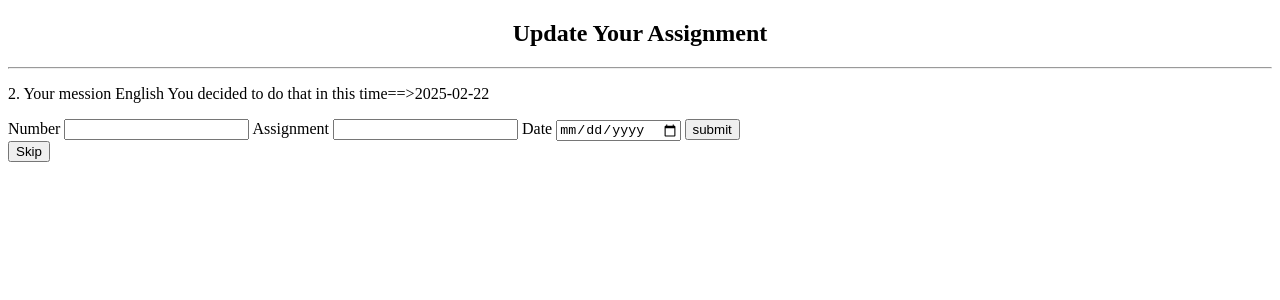
Repository: marawan200311-dev/To-Do-List-
Page: http://localhost/update_page
An editor plug-in stored every save of this project. The page is shown before and after the next save, followed by the edit.
The browser window is 1280 px wide. The pictures show the whole page.
The page is served by the project's application, run on Flask 3 (app.py). The page reads the database file committed with the project.

Above is the page before, as saved 2025-11-22 06:16:01.
Console error: TypeError: Cannot read properties of null (reading 'addEventListener')

### templates/update.html
{%extends 'base.html'%}
{%block head%}
<title>update page</title>
{%endblock%}
{%block body%}
<h2 class="logo_of_update">Update Your Assignment</h2>
<hr>
<div>
  {% if data %}
    {% for item in data %}
        <p>{{ item }}</p>
    {% endfor %}
{% else %}
    <p>You haven't added anything yet to updata :)!</p>
{% endif %}
</div>
<form action="/update_new_assignment" method="POST">
    <label for="ID">Number </label>
    <input type="number" name="id" value="{{id}}">
    <label for="assignment">Assignment</label>
    <input type="text" name="assignment" value="{{assignment}}" id="assignment">
    <label for="date">Date</label>
    <input type="date" name="date" value="{{date}}">
     <button type="submit">submit</button>
</form>
<button class="Skip_update">Skip</button>
{%endblock%}

### templates/base.html
<!DOCTYPE html>
<html lang="en">
  <head>
    <meta charset="UTF-8">
    <meta name="viewport" content="width=device-width, initial-scale=1.0">
    <link
      rel="stylesheet"
      href="{{url_for('static', filename='css/style.css')}}"
    />

    {%block head %}{%endblock%}
  </head>
  <body>
    {%block body %} {%endblock%}
    <script src="{{url_for('static',filename='js/main.js')}}"></script>
  </body>
</html>

### app.py
from flask import Flask, render_template ,url_for,request,redirect
import sqlite3
import os
db_py=os.path.join(os.path.dirname(__file__),'instance', 'data.db')
from instance.databas import initialise_data, add_data, show_up,delete,update




app= Flask(__name__)
@app.route('/')
def index():
  return render_template('index.html')
#_____________ADD_______________
@app.route('/add_page')
def add_page():
    return render_template('add.html')

@app.route('/add_assignment' ,methods=['POST'])
def assignment ():
   assignment=request.form['assignment']
   date= request.form['date']
   add_data(assignment,date)
   return render_template('add.html')

@app.route('/skip')
def skip ():
   return redirect('/')
#__________________________________

#_____________DELETE______________
@app.route('/delete_page')
def delete_page():
    data=show_up()
    return render_template('delete.html', schedule=data)

@app.route("/delet_form" , methods=['POST'])
def delete_mission():
    id_of_mission=int(request.form['number'])
    delete(id_of_mission)
    data=show_up()
    return render_template('delete.html',schedule=data)

@app.route('/skip_delete')
def skip_delete():
   return redirect('/')

#___________________________________________

#__________UPDATE_____________________
@app.route('/update_page')
def update_index():
    data=show_up()
    return render_template('update.html',data=data)
@app.route('/update_new_assignment' , methods=['POST'])
def update_data():
    id  = int(request.form['id'])
    new_assignment = request.form.get('assignment')
    new_date =  request.form.get('date')
    update(id,new_assignment,new_date)
    return render_template('updat.html')
@app.route('/skip_update')
def skip_button():
    return redirect('/')
#__________________________________________

#________SHOW_________________
@app.route('/show_page')
def show_page():
    data=show_up()
    return render_template('show.html', schedule=data)
@app.route('/skip_show')
def skip_show():
    return redirect('/')


if __name__=="__main__":
      app.run(debug=True)

### instance/databas.py
import sqlite3
import os

def initialise_data():
  connect = sqlite3.connect('data.db')
  cursor= connect.cursor()

  cursor.execute('''
  CREATE TABLE IF NOT EXISTS user_assignment( id INTEGER PRIMARY KEY AUTOINCREMENT,
  assignment TEXT NOT NULL ,
date TEXT )
''')





def add_data(assignment,date):
   connect = sqlite3.connect('data.db')
   cursor= connect.cursor()
   cursor.execute('INSERT INTO user_assignment (assignment,date) VALUES(?,?)', (assignment,date))
   connect.commit()
   connect.close()

def show_up():
  connect = sqlite3.connect('data.db')
  cursor= connect.cursor()

  cursor.execute('SELECT * FROM user_assignment')
  all_date = cursor.fetchall()

  schedule=[]
  for data in all_date:
    schedule.append(f'{data[0]}. Your mession {data[1]} You decided to do that in this time==>{data[2]}')
  if len(schedule)==0 :
    print('The user does not add anything :)')
  return schedule


def delete (assignmentNumber):
  connect = sqlite3.connect('data.db')
  cursor= connect.cursor()

  cursor.execute('SELECT * FROM user_assignment WHERE id=?', (assignmentNumber,))
  row= cursor.fetchone()
  if row is None:
   return f"This {row} doesn't valid "
  cursor.execute('DELETE FROM user_assignment WHERE id = ? ', (assignmentNumber,))
  connect.commit()
  connect.close()
  return True

def update(id,assignment,date):
  connect = sqlite3.connect('data.db')
  cursor= connect.cursor()
  cursor.execute('''UPDATE user_assignment SET assignment=?, date=? WHERE id=?''',(assignment, date, id))
  connect.commit()
  connect.close()














initialise_data()

### static/css/style.css
.h1{
  text-align: center;
  border-bottom: 2px solid black;
}

#text_add {
   display: inline;
}
#text_update{
  display: inline;
}

#text_show{
  display: inline;
}
#text_delete{
  display: inline;
}
.Show{
  text-align: center;

}
.Delete_logo{
  text-align: center;
}
.logo_of_update{
  text-align: center;
}

### static/js/main.js
document.addEventListener('DOMContentLoaded', () => {
    const skipButton = document.querySelector('.Skip');
    if(skipButton){
        skipButton.addEventListener('click', () => {
            window.location = '/skip';
        });
    }
});

const skip_showButton=document.querySelector('.Skip_Show');
if(skip_showButton){
    skip_showButton.addEventListener('click',()=>{
        window.location ='/skip_show';
    });
}

const skip_deleteButton=document.querySelector('.Skip_delete')
if(skip_deleteButton){
    skip_deleteButton.addEventListener('click',()=>{
        window.location ='/skip_delete'
    });
}


const addButton = document.querySelector('.Add');


addButton.addEventListener('click', () => {

    window.open('/add_page', '_blank');
});



addButton.addEventListener('click', () => {

    window.open('/add_page', '_blank');
});



const deletButton= document.querySelector('.Delete');

deletButton.addEventListener('click' , () => {
window.open('/delete_page','_blank')
});





const ubdateButton = document.querySelector('.Update')
ubdateButton.addEventListener('click', ()=> {
window.open('/update_page','_blank')

});








const showButton = document.querySelector('.Show')
showButton.addEventListener('click',()=>{
window.open('/show_page','_blank')
});

### data.db (the tables this page reads, as SQL)
CREATE TABLE user_assignment( id INTEGER PRIMARY KEY AUTOINCREMENT,
  assignment TEXT NOT NULL ,
date TEXT );
INSERT INTO "user_assignment" VALUES
(2, 'English', '2025-02-22');

After the next save:
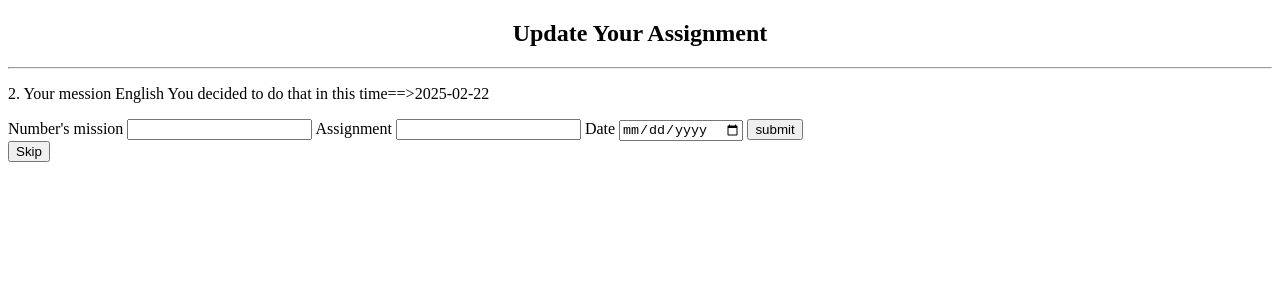
Saved 12 s later.
--- a/templates/update.html
+++ b/templates/update.html
@@ -15,7 +15,7 @@
 {% endif %}
 </div>
 <form action="/update_new_assignment" method="POST">
-    <label for="ID">Number </label>
+    <label for="ID">Number's mission</label>
     <input type="number" name="id" value="{{id}}">
     <label for="assignment">Assignment</label>
     <input type="text" name="assignment" value="{{assignment}}" id="assignment">
